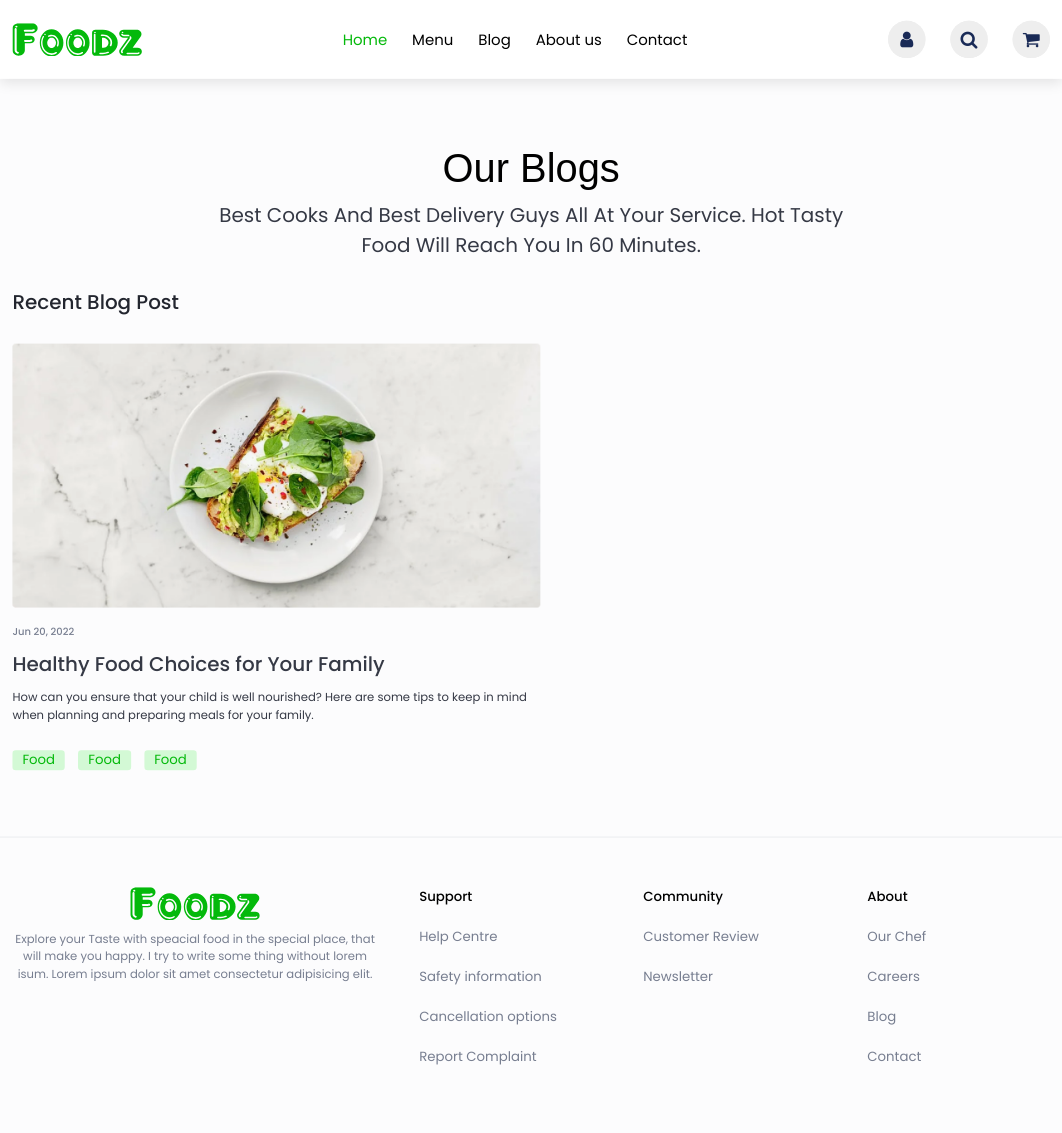
Repository: Toan3333/fooz
Page: assets/pages/blog.html
These files come from the project's save history. The page is drawn as it stood at one moment and after the next save; the edit follows.
The browser window is 1280 px wide. The pictures show the whole page, at 83% of full size.
Some web fonts or font styles are not loaded; a fallback is used.

Above is the page before, as saved 2023-06-01 13:32:38.

### assets/pages/blog.html
<!DOCTYPE html>
<html lang="en">
  <head>
    <meta charset="UTF-8" />
    <meta http-equiv="X-UA-Compatible" content="IE=edge" />
    <meta name="viewport" content="width=device-width, initial-scale=1.0" />
    <title>Blog</title>
    <link rel="stylesheet" href="/assets/css/style.css" />
    <link
      href="https://fonts.googleapis.com/css?family=Poppins:100,100italic,200,200italic,300,300italic,regular,italic,500,500italic,600,600italic,700,700italic,800,800italic,900,900italic"
      rel="stylesheet"
    />
    <link
      href="https://fonts.googleapis.com/css?family=Alice:regular"
      rel="stylesheet"
    />
    <link
      rel="stylesheet"
      href="https://cdnjs.cloudflare.com/ajax/libs/font-awesome/4.7.0/css/font-awesome.min.css"
    />
  </head>
  <body>
    <div class="app">
      <!-- header -->
      <header class="header">
        <div class="container">
          <div class="header-main">
            <div class="header-logo">
              <img src="/assets/images/Logo.svg" alt="" />
            </div>
            <div class="header-menu">
              <ul class="header-nav">
                <li class="header-list">
                  <a href="/index.html" class="header-link active">Home</a>
                </li>
                <li class="header-list">
                  <a href="#" class="header-link">Menu</a>
                </li>
                <li class="header-list">
                  <a href="#" class="header-link">Blog</a>
                </li>
                <li class="header-list">
                  <a href="#" class="header-link">About us</a>
                </li>
                <li class="header-list">
                  <a href="/assets/pages/contact.html" class="header-link"
                    >Contact</a
                  >
                </li>
              </ul>
            </div>
            <div class="header-auth">
              <div class="header-icon">
                <a href="#">
                  <i class="fa fa-user" aria-hidden="true"></i>
                </a>
                <a href="#">
                  <i class="fa fa-search" aria-hidden="true"></i>
                </a>
                <a href="#">
                  <i class="fa fa-shopping-cart" aria-hidden="true"></i>
                </a>
              </div>
            </div>
          </div>
        </div>
      </header>
      <!-- header end -->
      <section class="our-blog">
        <div class="container">
          <div class="text-center__primary special-center menu-center">
            Our blogs
            <p class="text-bottom">
              Best cooks and best delivery guys all at your service. Hot tasty
              food will reach you in 60 minutes.
            </p>
          </div>
          <div class="our-blog__heading">Recent Blog Post</div>
          <div class="our-blog__main">
            <div class="our-blog__post">
              <div class="our-blog__image">
                <img src="/assets/images/blog-4.png" alt="" />
              </div>
              <div class="our-blog__content">
                <div class="our-blog__date">Jun 20, 2022</div>
                <div class="our-blog__title">
                  Healthy Food Choices for Your Family
                </div>
                <div class="our-blog__text">
                  How can you ensure that your child is well nourished? Here are
                  some tips to keep in mind when planning and preparing meals
                  for your family.
                </div>
                <ul class="our-blog__tag">
                  <li class="our-blog__item">Food</li>
                  <li class="our-blog__item">Food</li>
                  <li class="our-blog__item">Food</li>
                </ul>
              </div>
            </div>
            <div class="our-blog__post-2"></div>
          </div>
        </div>
      </section>

      <footer class="footer">
        <div class="container">
          <div class="footer-list">
            <div class="footer-column">
              <div class="footer-center">
                <div class="footer-logo">
                  <img src="/assets/images/Logo.svg" alt="" />
                </div>
                <p class="footer-desc">
                  Explore your Taste with speacial food in the special place,
                  that will make you happy. I try to write some thing without
                  lorem isum. Lorem ipsum dolor sit amet consectetur adipisicing
                  elit.
                </p>
              </div>
            </div>
            <div class="footer-column">
              <h3 class="footer-title">Support</h3>
              <ul class="footer-menu">
                <li class="footer-item"><a href="#">Help Centre</a></li>
                <li class="footer-item"><a href="#">Safety information</a></li>
                <li class="footer-item">
                  <a href="#">Cancellation options</a>
                </li>
                <li class="footer-item"><a href="#">Report Complaint</a></li>
              </ul>
            </div>
            <div class="footer-column">
              <h3 class="footer-title">Community</h3>
              <ul class="footer-menu">
                <li class="footer-item"><a href="#">Customer Review</a></li>
                <li class="footer-item"><a href="#">Newsletter</a></li>
              </ul>
            </div>
            <div class="footer-column">
              <h3 class="footer-title">About</h3>
              <ul class="footer-menu">
                <li class="footer-item"><a href="#">Our Chef</a></li>
                <li class="footer-item"><a href="#">Careers</a></li>
                <li class="footer-item">
                  <a href="#">Blog</a>
                </li>
                <li class="footer-item"><a href="#">Contact</a></li>
              </ul>
            </div>
          </div>
        </div>
      </footer>
      <!-- loader -->
      <!-- <div class="loader-container">
        <img src="./assets/images/loader.gif" alt="" />
      </div> -->
      <!-- loader end -->
    </div>
  </body>
</html>

### assets/css/style.css
*,
*:before,
*:after {
  box-sizing: border-box;
  text-decoration: none;
  list-style: none;
}
:root {
  --font-primary: "Poppins", sans-serif;
  --font-secondary: "Alice", sans-serif;
  --primary-color: #04b90b;
  --black: #000000;
  --gray: #777e90;
  --black-2: #23262f;
  --bg-primary: #fcfcfd;
  --gray-2: #f4f5f6;
  --gray-3: #353945;
  --btn-color: #192a56;
}
* {
  margin: 0;
  padding: 0;
  font: inherit;
}
img,
picture,
svg,
video {
  display: block;
  max-width: 100%;
}
input,
select,
textarea {
  background-color: transparent;
  outline: none;
}
button {
  cursor: pointer;
  background-color: transparent;
  outline: none;
  border: 0;
}
body {
  min-height: 100vh;
  font-weight: 400;
  font-size: 16px;
  line-height: 1;
  font-family: var(--font-primary);
  background-color: var(--bg-primary);
  color: var(--black);
}
.container {
  max-width: 1330px;
  width: 100%;
  margin: 0 auto;
  padding: 0 15px;
}
/* HEADER */
.header {
  position: sticky;
  top: 0;
  left: 0;
  right: 0;
  z-index: 1000;
  padding: 25px 0;
  background-color: #fff;
  box-shadow: 0 5px 15px rgba(0, 0, 0, 0.1);
}
.header-main {
  display: flex;
  justify-content: space-between;
  align-items: center;
}
.header-logo {
  cursor: pointer;
}
.header-nav {
  display: flex;
  align-items: center;
  gap: 30px;
}
.header-link {
  font-size: 18px;
  line-height: 30px;
  font-weight: 400;
  color: var(--black);
}
.header-link:hover {
  color: var(--primary-color);
  transition: all 0.2s linear;
}
.header-link.active {
  color: var(--primary-color);
}
.header-icon {
  display: flex;
  align-items: center;
  gap: 30px;
  font-size: 22px;
}
.header-icon a,
.header-icon i {
  width: 45px;
  height: 45px;
  line-height: 45px;
  border-radius: 100rem;
  text-align: center;
  color: var(--btn-color);
  background-color: #eee;
  transition: 0.2s linear;
}
.header-icon a:hover,
.header-icon i:hover {
  color: #fff;
  background-color: var(--primary-color);
  transform: rotate(180deg);
}

/* HEADER END */

/* HERO */
.hero {
  padding: 60px 0;
}
.hero-main {
  display: flex;
  justify-content: space-between;
  gap: 40px;
}
.hero-content {
  max-width: 677px;
  width: 100%;
}
.hero-title {
  font-size: 65px;
  font-weight: 400;
  font-family: var(--font-secondary);
  line-height: 70px;
  letter-spacing: -0.5%;
  margin-bottom: 30px;
}
.hero-desc {
  font-size: 24px;
  font-weight: 400;
  line-height: 36px;
  color: var(--gray);
  margin-bottom: 25px;
}
.hero-cta {
  margin-bottom: 105px;
}
.hero-btn {
  display: flex;
  align-items: center;
  gap: 24px;
}
.hero-btn span {
  font-size: 16px;
  line-height: 24px;
  font-weight: 400;
  color: var(--primary-color);
}
.button-primary {
  background-color: var(--btn-color);
  border-radius: 8px;
  padding: 10px 20px;
  font-size: 16px;
  line-height: 24px;
  font-weight: 500;
  color: var(--bg-primary);
  transition: all 0.2s linear;
}
.button-primary:hover {
  background-color: var(--primary-color);
  letter-spacing: 1px;
}
.hero-info {
  max-width: 576px;
  width: 100%;
  background-color: var(--gray-2);
  border-radius: 16px;
  padding: 28px 56px 28px 56px;
}
.hero-list {
  display: flex;
  align-items: center;
  justify-content: space-between;
}
.hero-item {
  text-align: center;
}
.hero-number {
  font-size: 32px;
  line-height: 48px;
  font-weight: 600;
  color: var(--gray);
}
.hero-text {
  font-size: 20px;
  line-height: 30px;
  color: var(--gray);
  font-weight: 400;
}
.hero-image {
  width: 100%;
}
.hero-image img {
  width: 100%;
}
/* HERO END*/

/* SERVICE */
.service {
  padding: 80px 0;
}
.text-center__primary {
  max-width: 440px;
  margin: 0 auto;
  text-align: center;
  font-size: 48px;
  font-weight: 400;
  line-height: 55px;
  font-family: var(--font-secondary);
  text-transform: capitalize;
}
.text-primary {
  color: var(--primary-color);
}
.service-list {
  margin-top: 80px;
  display: grid;
  grid-template-columns: repeat(3, 1fr);
  grid-gap: 70px;
}
.service-item {
  display: flex;
  align-items: center;
  justify-content: center;
  flex-direction: column;
  padding: 40px 36px;
  text-align: center;
  cursor: pointer;
}
.service-item:hover {
  background: #ffffff;
  box-shadow: 0px 10px 27px rgba(53, 53, 53, 0.05);
  transition: 0.2s linear;
}
.service-icon {
  margin-bottom: 24px;
}
.service-icon a {
  width: 120px;
  height: 120px;
  border-radius: 100rem;
  background: #ffffff;
  box-shadow: 5px 9px 16px rgba(0, 0, 0, 0.04);
  display: inline-flex;
  align-items: center;
  justify-content: center;
}
.service-title {
  font-size: 28px;
  line-height: 42px;
  font-weight: 400;
  color: var(--black-2);
  margin-bottom: 6px;
}
.service-desc {
  font-size: 16px;
  line-height: 24px;
  font-weight: 400;
  color: var(--gray-3);
}
/* SERVICE END*/

/* ABOUT */
.about {
  padding: 80px 0;
}
.about-heading {
  text-align: center;
}
.about-main {
  display: flex;
  justify-content: space-between;
  align-items: center;
  gap: 130px;
  margin-top: 80px;
}
.about-center {
  max-width: 475px;
}
.about-image {
  max-width: 500px;
  width: 100%;
}
.about-image img {
  width: 100%;
}
.about-content {
  width: 100%;
}
.about-info {
  display: flex;
  align-items: center;
  gap: 94px;
  font-family: var(--font-secondary);
  margin-bottom: 12px;
}
.about-name {
  font-size: 24px;
  color: var(--primary-color);
  font-weight: 400;
  line-height: 28px;
}
.about-view {
  display: flex;
  align-items: center;
  gap: 12px;
  font-size: 14px;
  font-weight: 500;
  line-height: 20px;
  color: var(--primary-color);
}
.about-desc {
  font-size: 18px;
  line-height: 27px;
  font-weight: 400;
  color: var(--gray-3);
}
/* ABOUT END*/

/* SPECIAL */
.special {
  padding: 80px 0;
}
.special-center {
  max-width: 770px;
  margin: 0 auto;
  width: 100%;
}
.text-bottom {
  margin-top: 12px;
  font-size: 24px;
  line-height: 36px;
  color: var(--gray-3);
  font-weight: 400;
  font-family: var(--font-primary);
}
.special-list {
  margin-top: 80px;
  display: grid;
  grid-template-columns: repeat(3, 1fr);
  grid-gap: 30px;
}
.special-item {
  background-color: #ffffff;
  box-shadow: 0px 10px 27px rgba(53, 53, 53, 0.05);
  border-radius: 15px;
  padding: 24px 28px;
}
.special-image {
  position: relative;
  width: 100%;
  margin-bottom: 24px;
  cursor: pointer;
  text-align: center;
  overflow: hidden;
}
.special-image .fa-heart,
.special-image .fa-eye {
  position: absolute;
  top: 15px;
  height: 50px;
  width: 50px;
  line-height: 50px;
  background-color: #eee;
  font-size: 20px;
  border-radius: 50%;
  transition: all 0.2s linear;
}
.special-image .fa-heart:hover,
.special-image .fa-eye:hover {
  background-color: var(--primary-color);
  color: #fff;
}
.special-image .fa-heart {
  right: -150px;
}
.special-image .fa-eye {
  left: -150px;
}
.special-image:hover .fa-heart {
  right: 15px;
}
.special-image:hover .fa-eye {
  left: 15px;
}

.special-image img {
  width: 100%;
}
.special-title {
  font-size: 32px;
  line-height: 37px;
  font-weight: 400;
  color: var(--black-2);
  margin-bottom: 12px;
  font-family: var(--font-secondary);
  cursor: pointer;
}
.special-title:hover {
  color: var(--primary-color);
  transition: 0.2s linear;
}
.special-rating {
  display: flex;
  align-items: center;
  gap: 12px;
  margin-bottom: 12px;
}
.special-icon i {
  color: var(--primary-color);
}
.special-views {
  font-size: 16px;
  line-height: 24px;
  font-weight: 400;
  color: var(--gray-3);
}
.special-bottom {
  display: flex;
  align-items: center;
  justify-content: space-between;
}
.special-price {
  font-size: 40px;
  line-height: 40px;
  font-weight: 400;
  color: var(--primary-color);
  font-family: var(--font-secondary);
  text-transform: capitalize;
}
.special-arrows {
  margin-top: 48px;
  display: inline-block;
  position: relative;
  left: 50%;
  transform: translateX(-50%);
  cursor: pointer;
}
.special-main {
  display: flex;
  align-items: center;
  gap: 8px;
}
.special-btn-arrow i {
  width: 40px;
  height: 40px;
  border-radius: 100rem;
  display: inline-flex;
  border: 2px solid #e6e8ec;
  border-radius: 40px;
  align-items: center;
  justify-content: center;
  transition: 0.2s ease-in-out;
}
.special-btn-arrow i:hover {
  color: white;
  background-color: var(--primary-color);
}
/* SPECIAL END*/
/* form */
.form-main {
  margin-top: 80px;
  display: flex;
  justify-content: space-between;
  align-items: center;
  gap: 105px;
}
.form-content {
  max-width: 544px;
  width: 100%;
}
.form-title {
  font-size: 24px;
  font-weight: 400;
  line-height: 36px;
  color: var(--black-2);
  margin-bottom: 4px;
}
.form-text {
  font-size: 16px;
  line-height: 24px;
  font-weight: 400;
  margin-bottom: 24px;
}
.form-list {
  display: flex;
  align-items: center;
  justify-content: space-between;
  margin-bottom: 8px;
  font-size: 16px;
  line-height: 24px;
  font-weight: 400;
}
.form-list span {
  color: var(--primary-color);
}
.form-meal__select {
  width: 100%;
}
.form-meal__select select {
  width: 100%;
  padding: 10px 20px 10px 20px;
  border-radius: 12px;
  color: var(--gray);
}
.form-meal__add {
  color: var(--primary-color);
  display: flex;
  align-items: center;
  gap: 4px;
  font-size: 14px;
  line-height: 21px;
  margin-top: 8px;
}
.form-container {
  display: flex;
  justify-content: space-between;
  align-items: center;
}
.form-field {
  font-size: 16px;
  font-weight: 400;
  line-height: 24px;
  margin-top: 16px;
}
.form-field__title {
  font-size: 16px;
  line-height: 24px;
  font-weight: 400;
  color: var(--gray-3);
}
.form-item {
  max-width: 256px;
  width: 100%;
  position: relative;
}
.form-item.form-items {
  max-width: 544px;
  width: 100%;
}
.form-input__cash {
  width: 100%;
}
.form-item__icon {
  position: absolute;
  top: 23px;
  right: 20px;
}
.form-field input {
  width: 100%;
  padding: 10px 20px 10px 20px;
  border-radius: 12px;
  border: 1px solid var(--gray);
  margin-top: 8px;
}
.form-field input::placeholder {
  font-size: 16px;
  font-weight: 400;
  color: var(--gray);
}
.form-field.form-item {
  max-width: 256px;
  width: 100%;
}
.form-field textarea {
  width: 100%;
  padding: 10px 20px;
  border: 1px solid var(--gray);
  border-radius: 12px;
  color: var(--gray);
  font-weight: 400;
}
.form-price {
  font-size: 16px;
  line-height: 24px;
  font-weight: 400;
  color: var(--gray);
  display: flex;
  align-items: center;
  gap: 6px;
  margin-bottom: 32px;
}
.form-price span {
  font-size: 24px;
  line-height: 27px;
  font-family: var(--font-secondary);
  font-weight: 400;
  color: var(--primary-color);
}
.form-image {
  width: 100%;
}
.form-image img {
  width: 100%;
}
.loader-container {
  position: fixed;
  top: 0;
  left: 0;
  z-index: 10000;
  display: flex;
  justify-content: center;
  align-items: center;
  height: 100%;
  width: 100%;
  background-color: #fff;
}
.loader-container.fade-out {
  top: -120%;
}
.blog {
  padding: 80px 0px;
}
.blog-list {
  margin-top: 80px;
  display: grid;
  grid-template-columns: repeat(3, 1fr);
  grid-gap: 30px;
}
.blog-image {
  transition: 0.2s linear;
  width: 100%;
  overflow: hidden;
  cursor: pointer;
}

.blog-image img {
  width: 100%;
  transition: all 0.3s ease-in-out;
}
.blog-image:hover img {
  transform: scale(1.1);
}
.blog-content {
  padding: 15px 20px;
  border: 1px solid #e5e5e5;
  background-color: #ffffff;
}
.blog-title {
  font-size: 20px;
  line-height: 32px;
  margin-bottom: 8px;
  cursor: pointer;
  transition: 0.2s linear;
}
.blog-title:hover {
  color: var(--primary-color);
}
.blog-desc {
  font-size: 16px;
  line-height: 24px;
  font-weight: 400;
  color: var(--gray);
  margin-bottom: 12px;
}
.menu {
  padding: 80px 0;
}
.menu-center {
  margin-bottom: 32px;
}
.tab {
  max-width: 672px;
  width: 100%;
  margin: 0 auto;
  background-color: white;
  padding: 8px;
  box-shadow: 0px 3px 9px rgba(1, 5, 20, 0.05);
  border-radius: 8px;
  display: grid;
  grid-template-columns: repeat(3, 1fr);
  grid-gap: 36px;
}
.tab-item {
  display: flex;
  align-items: center;
  padding: 12px;
  cursor: pointer;
  transition: all 0.2s linear;
  gap: 8px;
}
.tab-item img {
  width: 33px;
  height: 33px;
}
.tab-item.active {
  background-color: var(--primary-color);
  color: white;
  border-radius: 8px;
}
.tab-item:hover {
  background-color: var(--primary-color);
  border-radius: 8px;
  color: white;
}
.contact {
  padding: 80px 0;
}
.contact-main {
  display: flex;
  justify-content: space-between;
  align-items: center;
  gap: 135px;
}
.contact-content {
  max-width: 524px;
  width: 100%;
}
.contact-title {
  font-size: 48px;
  font-weight: 400;
  line-height: 55px;
  text-transform: capitalize;
  color: var(--black-2);
  font-family: var(--font-secondary);
  margin-bottom: 12px;
}
.contact-text {
  font-size: 22px;
  font-weight: 400;
  line-height: 32px;
  color: var(--gray);
}
.contact-text span {
  color: var(--primary-color);
}
.contact-btn {
  margin-top: 20px;
  width: 100%;
}
.contact-button {
  width: 100%;
}
.contact-map {
  width: 100%;
}
.our-blog {
  padding: 80px 0;
}
.our-blog__heading {
  font-size: 24px;
  line-height: 36px;
  color: var(--black-2);
  font-weight: 500;
  text-transform: capitalize;
  margin-bottom: 32px;
}
.our-blog__main {
  display: flex;
  justify-content: space-between;
  align-items: center;
}
.our-blog__post {
  max-width: 636px;
  width: 100%;
}
.our-blog__image {
  width: 100%;
}
.our-blog__image img {
  width: 100%;
}
.our-blog__content {
  margin-top: 20px;
}
.our-blog__date {
  font-weight: 500;
  font-size: 12px;
  line-height: 18px;
  color: var(--gray);
  margin-bottom: 12px;
}
.our-blog__title {
  font-weight: 500;
  font-size: 24px;
  line-height: 36px;
  color: var(--gray-3);
  margin-bottom: 12px;
}
.our-blog__text {
  font-weight: 400;
  font-size: 14px;
  line-height: 21px;
  color: var(--gray-3);
  margin-bottom: 32px;
}
.our-blog__tag {
  display: flex;
  align-items: center;
  gap: 16px;
}
.our-blog__item {
  background: #d3f9d5;
  border-radius: 4px;
  padding: 4px 12px;
  color: var(--primary-color);
}
.footer {
  padding-bottom: 80px;
  border-top: 1px solid #e6e8ec;
  padding-top: 60px;
}
.footer-list {
  display: grid;
  grid-template-columns: 2fr 1fr 1fr 1fr;
  grid-gap: 50px;
}
.footer-center {
  display: flex;
  align-items: center;
  flex-direction: column;
  text-align: center;
}
.footer-logo {
  margin-bottom: 12px;
}
.footer-desc {
  font-size: 14px;
  line-height: 21px;
  color: var(--gray);
  font-weight: 400;
}
.footer-title {
  font-size: 16px;
  line-height: 24px;
  font-weight: 500;
  color: var(--black);
  margin-bottom: 24px;
}
.footer-menu {
  display: flex;
  gap: 24px;
  flex-direction: column;
}
.footer-item a {
  font-size: 16px;
  font-weight: 400;
  line-height: 24px;
  color: var(--gray);
  transition: 0.2s linear;
}
.footer-item a:hover {
  color: var(--primary-color);
}

After the next save:
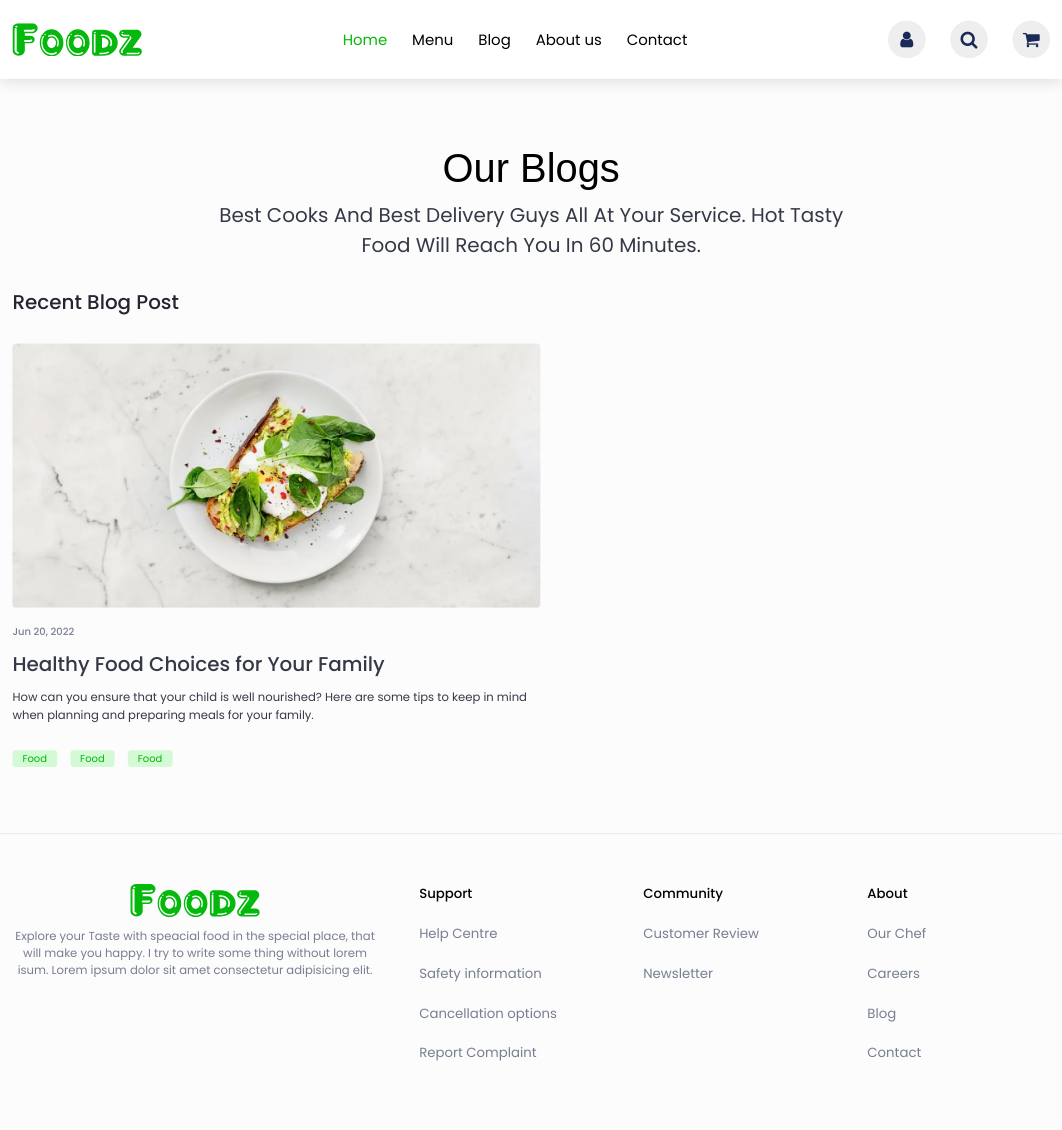
Saved 18 s later.
--- a/assets/css/style.css
+++ b/assets/css/style.css
@@ -809,6 +809,9 @@ body {
   border-radius: 4px;
   padding: 4px 12px;
   color: var(--primary-color);
+  font-weight: 400;
+  font-size: 12px;
+  line-height: 12px;
 }
 .footer {
   padding-bottom: 80px;
